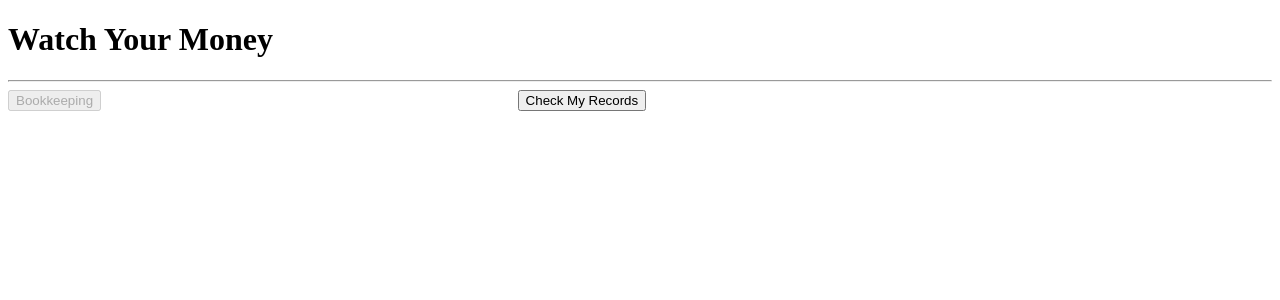
Repository: chelsea9869/Hackathon-TNT
Page: http://localhost/app/watch_your_money.php
These files come from the project's save history. The page is drawn as it stood at one moment and after a run of saves; the edit follows.
The browser window is 1280 px wide. The pictures show the whole page.
The page is run by PHP 8.4 with error messages shown; the project is at /var/www/html/.

Above is the page before, as saved 2020-09-05 10:53:14.

After the next 2 saves:
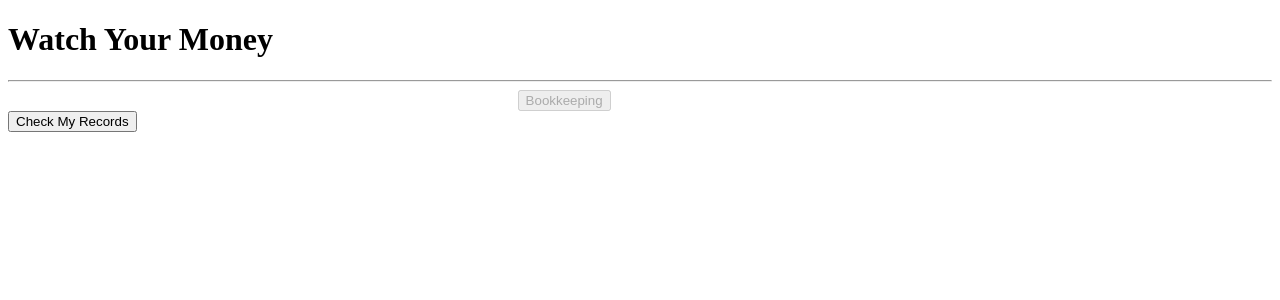
The 2 saves are shown as one change because they came seconds apart.
The last was saved 7 s later.
--- a/app/watch_your_money.php
+++ b/app/watch_your_money.php
@@ -9,7 +9,7 @@
     <h1>Watch Your Money</h1>
     <hr>
     <div name='function'>
-        <div id='dummy'></div>
+        <div id='dummy' style="width:40%;display: inline-table"></div>
         <div id='bookkeeping' style="width:40%;display: inline-table">
             <button disabled="disabled">Bookkeeping</button>
         </div>
